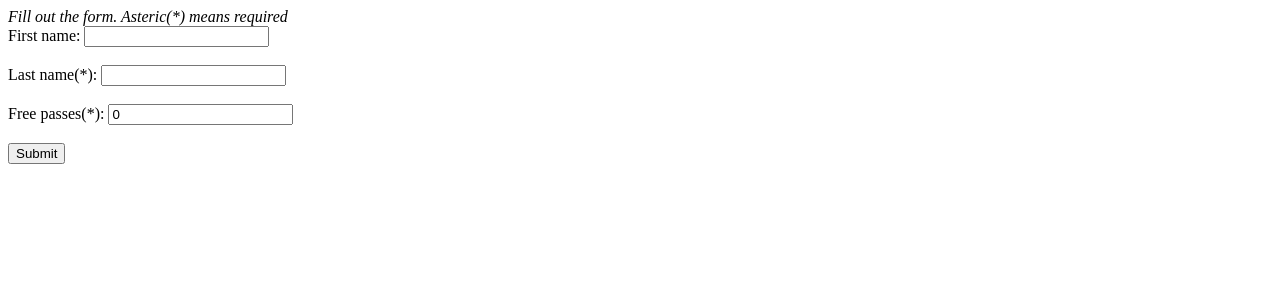
Repository: Gideonkim96/Java
Page: http://localhost/spring-mvc-demo/customer/showForm
The author's editor kept a copy of each file at every save. The page is drawn from the files as they stood at one save, then again after the next save.
The browser window is 1280 px wide. The pictures show the whole page.
The page is served by Tomcat 9.

Above is the page before, as saved 2019-12-11 09:21:36.

After the next save:
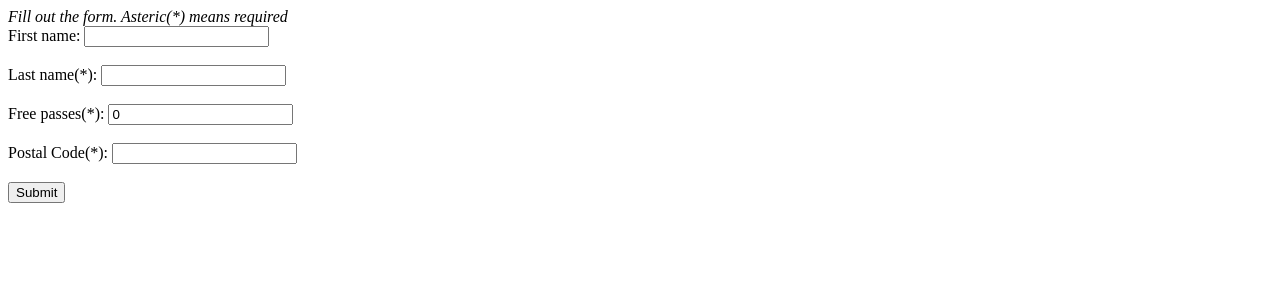
Saved 54 s later.
--- a/spring-mvc-demo/WebContent/WEB-INF/view/customer-form.jsp
+++ b/spring-mvc-demo/WebContent/WEB-INF/view/customer-form.jsp
@@ -30,6 +30,11 @@
 
 		<br><br>
 
+		Postal Code(*): <form:input path="postalCode" />
+		<form:errors path="postalCode" cssClass="error" />
+
+		<br><br>
+
 		<input type="submit" value="Submit" />
 
 	</form:form>
